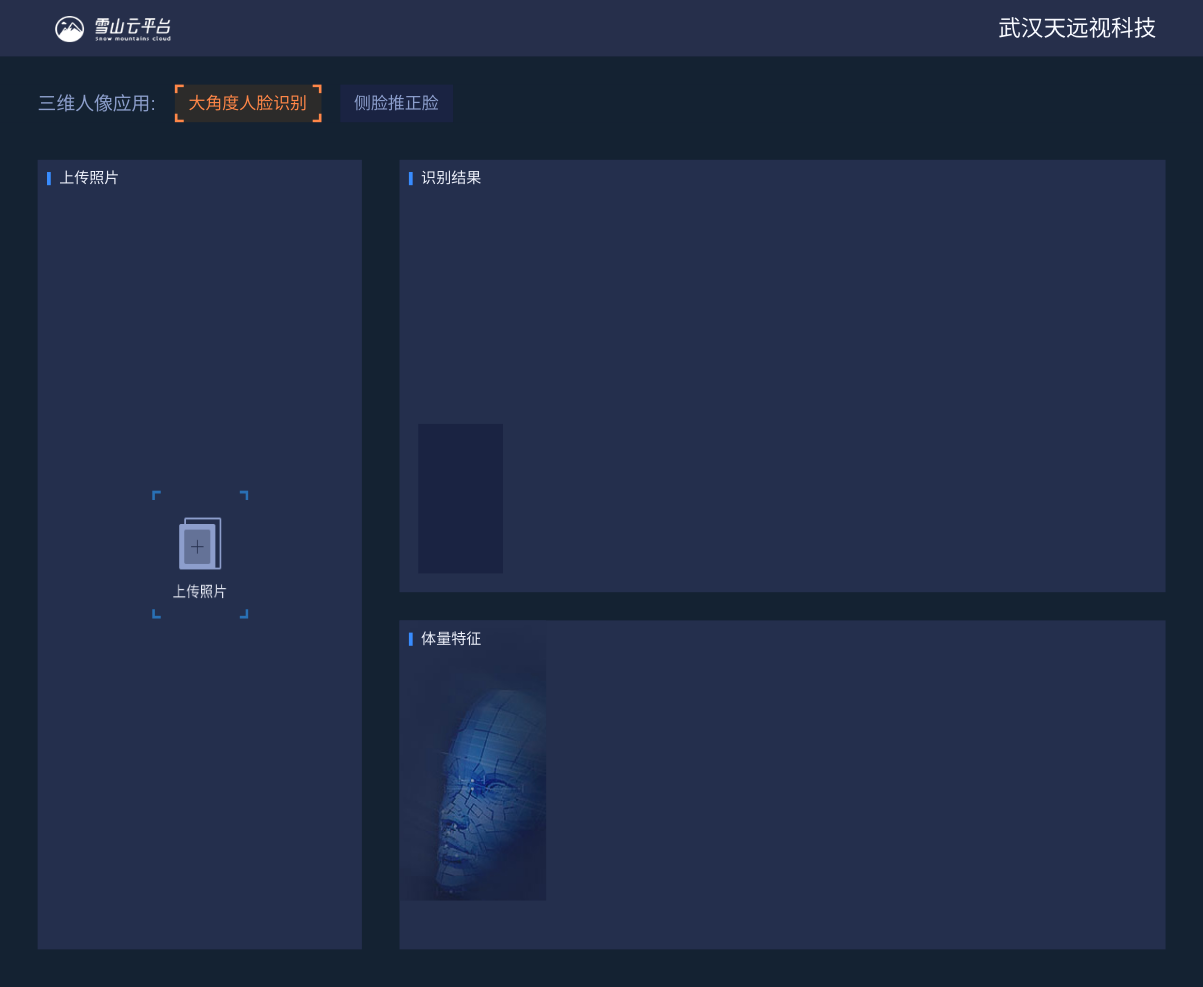
Repository: fyt2020/pubilcDemlo
Page: /
The author's editor kept a copy of each file at every save. The page is drawn from the files as they stood at one save, then again after the next save.
The browser window is 1280 px wide. The pictures show the whole page, at 94% of full size.
The project was rebuilt for these pictures with package versions that can differ from the ones it lists, and the page was loaded fresh each time.

Above is the page before, as saved 2020-04-28 17:06:20.

After the next save:
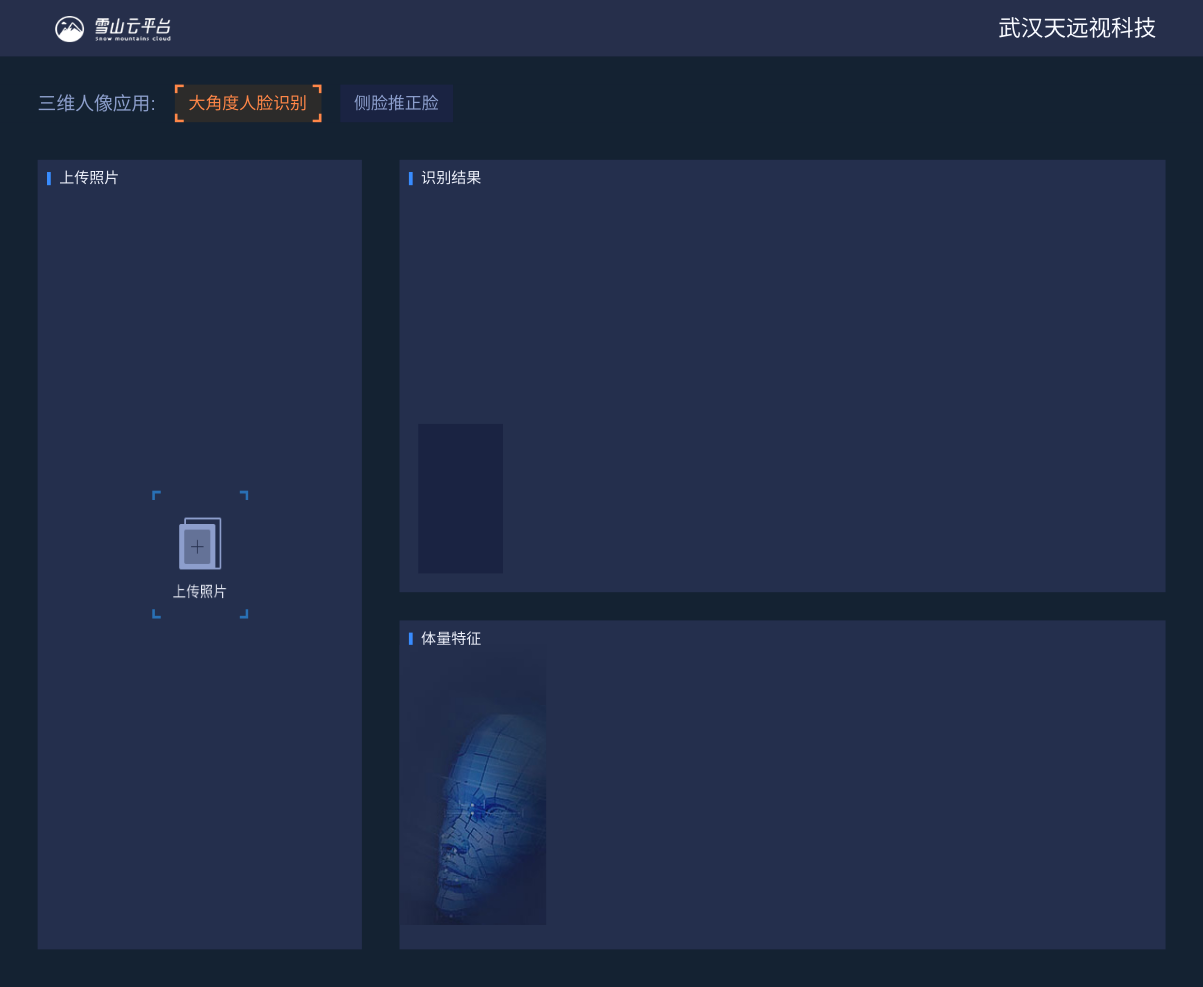
Saved 47 s later.
--- a/src/assets/css/bigAngle.scss
+++ b/src/assets/css/bigAngle.scss
@@ -133,13 +133,11 @@
             }
         }
         .right__bottom{
-
-
             background-color: #242f4d;
             width: 100%;
             height: 350px;
             position: relative;
-            .char{
+            .char__box{
                 position: absolute;
                 width: 816px;
                 height: 298px;
@@ -147,6 +145,10 @@
                 top: 50%;
                 z-index: 1;
                 transform: translate(-50%,-50%);
+
+            }
+            .char{
+
 
             }
             .tl__box{
